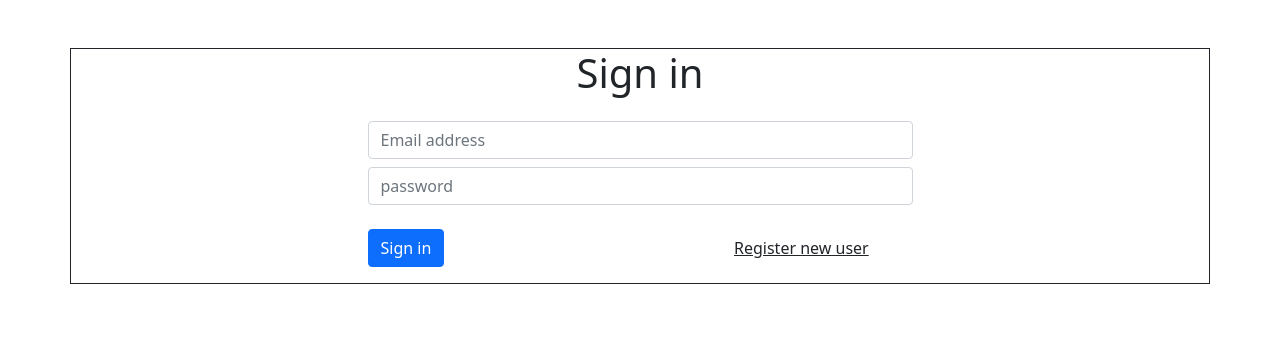
Repository: paresh-art/MyWebsite
Page: http://localhost/com.website/signIn.jsp
The author's editor kept a copy of each file at every save. The page is drawn from the files as they stood at one save, then again after the next save.
The browser window is 1280 px wide. The pictures show the whole page.
The page is served by Tomcat 9.

Above is the page before, as saved 2022-11-08 08:57:21.

After the next save:
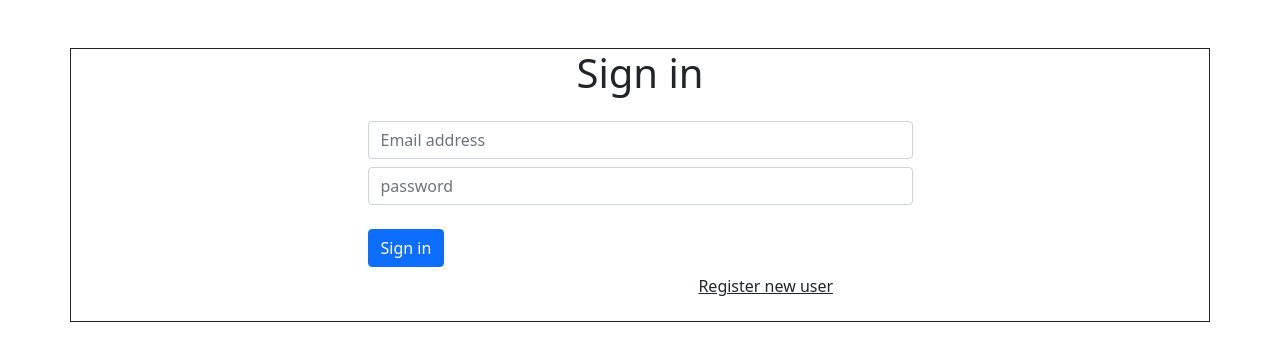
Saved 10 s later.
--- a/com.website/src/main/webapp/signIn.jsp
+++ b/com.website/src/main/webapp/signIn.jsp
@@ -37,7 +37,7 @@
 			<div class="row mb-3">
 				<div class="col-lg-6 col-md-8 col-sm-12 mx-auto text-light">
 					<button class="btn btn-primary " type="submit">Sign in</button>
-					<a href="signup.jsp" class="btn btn-link offset-6 text-dark">Register new user</a>
+					<a href="signup.jsp" class="btn btn-link offset-7 text-dark">Register new user</a>
 				</div>
 
 			</div>
